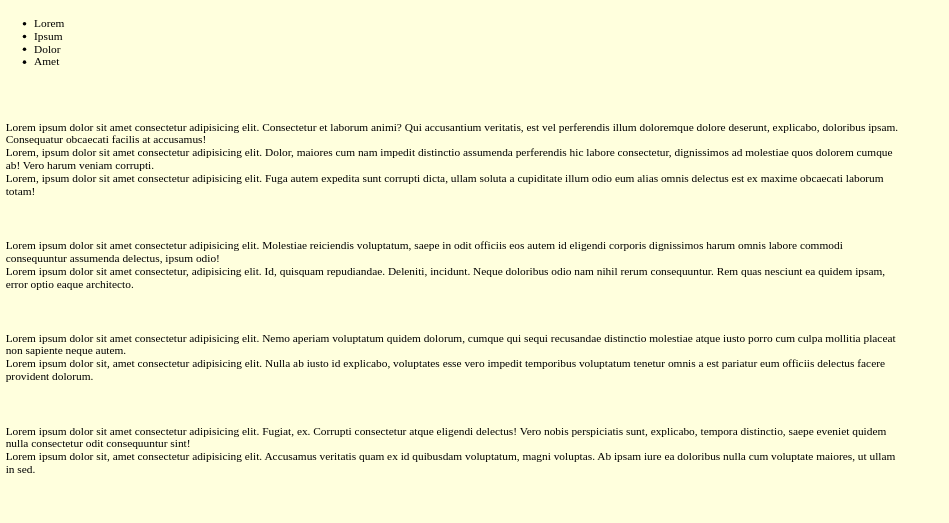
Repository: HTML-a-CSS-2/projekt-portfolio-Angelina555555
Page: .github/index.html
The author's editor kept a copy of each file at every save. The page is drawn from the files as they stood at one save, then again after the next save.
The browser window is 1280 px wide. The page is 1280 px wide, then 1336 px, so the pictures cover 1336 px, including what lies to the right of the window. The pictures show the whole page, at 71% of full size.

Above is the page before, as saved 2022-05-15 18:11:52.

After the next save:
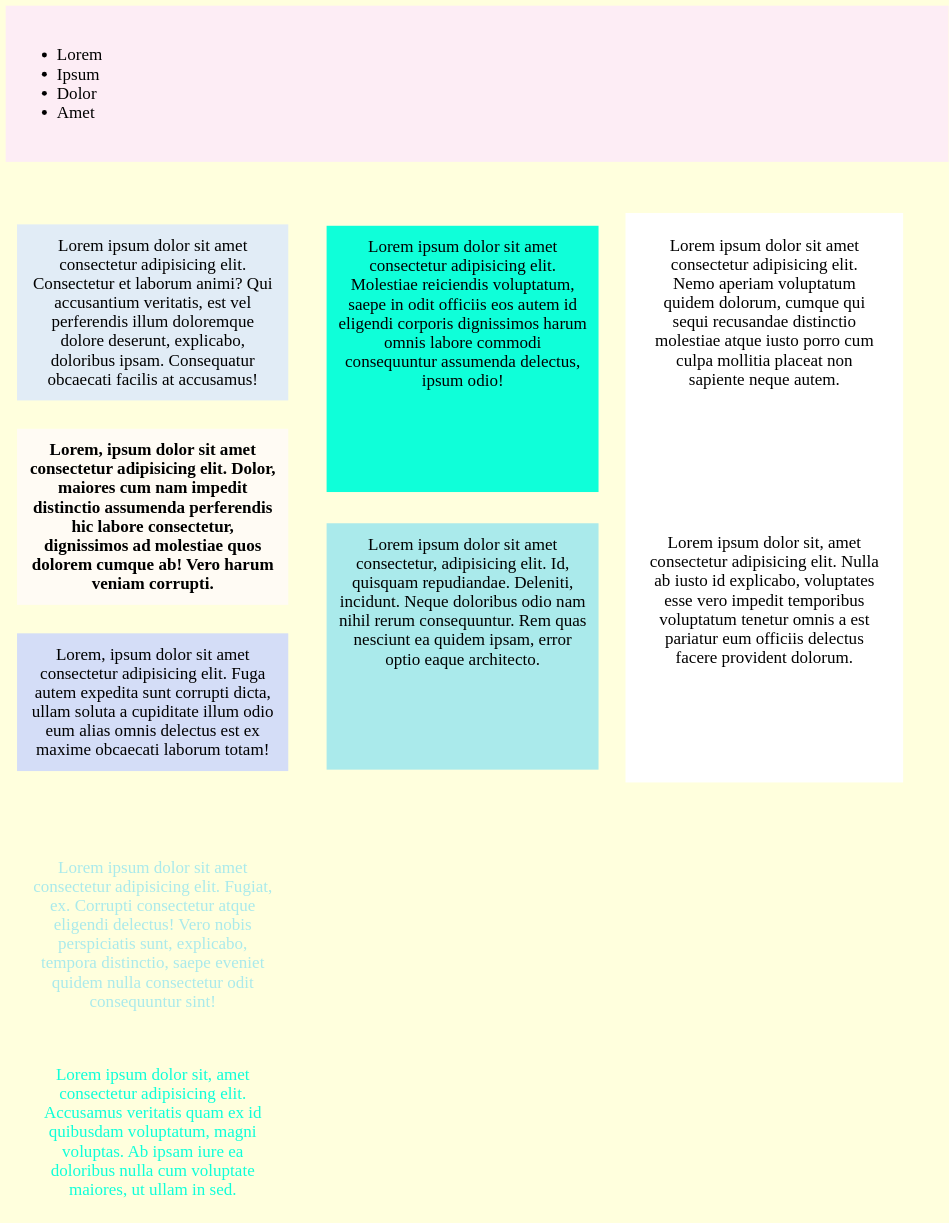
Saved 7 s later.
--- a/.github/default.css
+++ b/.github/default.css
@@ -3,7 +3,7 @@ body {
 
   background-color: #ffffdd;
   display: grid;
-  grid-template-columns: repeat(auto-fit, minmax(240px, 1fr);
+
   gap: 10% 20px;
 }
 
